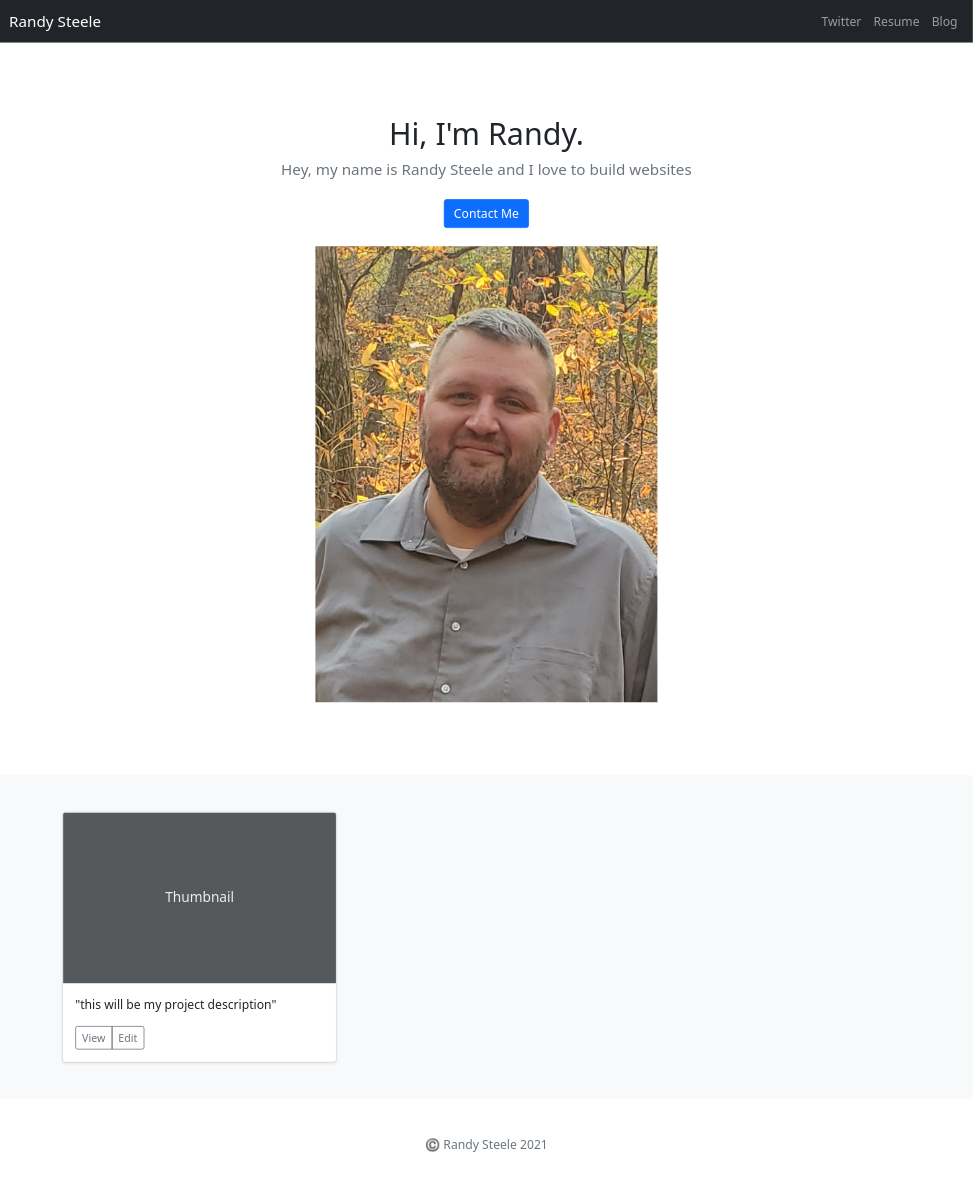
Repository: randysteele/my-portfolio
Page: http://localhost/
These files come from the project's save history. The page is drawn as it stood at one moment and after the next save; the edit follows.
The browser window is 1280 px wide. The pictures show the whole page, at 76% of full size.
The page is served by the project's application, run on Django 2.2 (manage.py).

Above is the page before, as saved 2021-03-25 17:09:42.

After the next save:
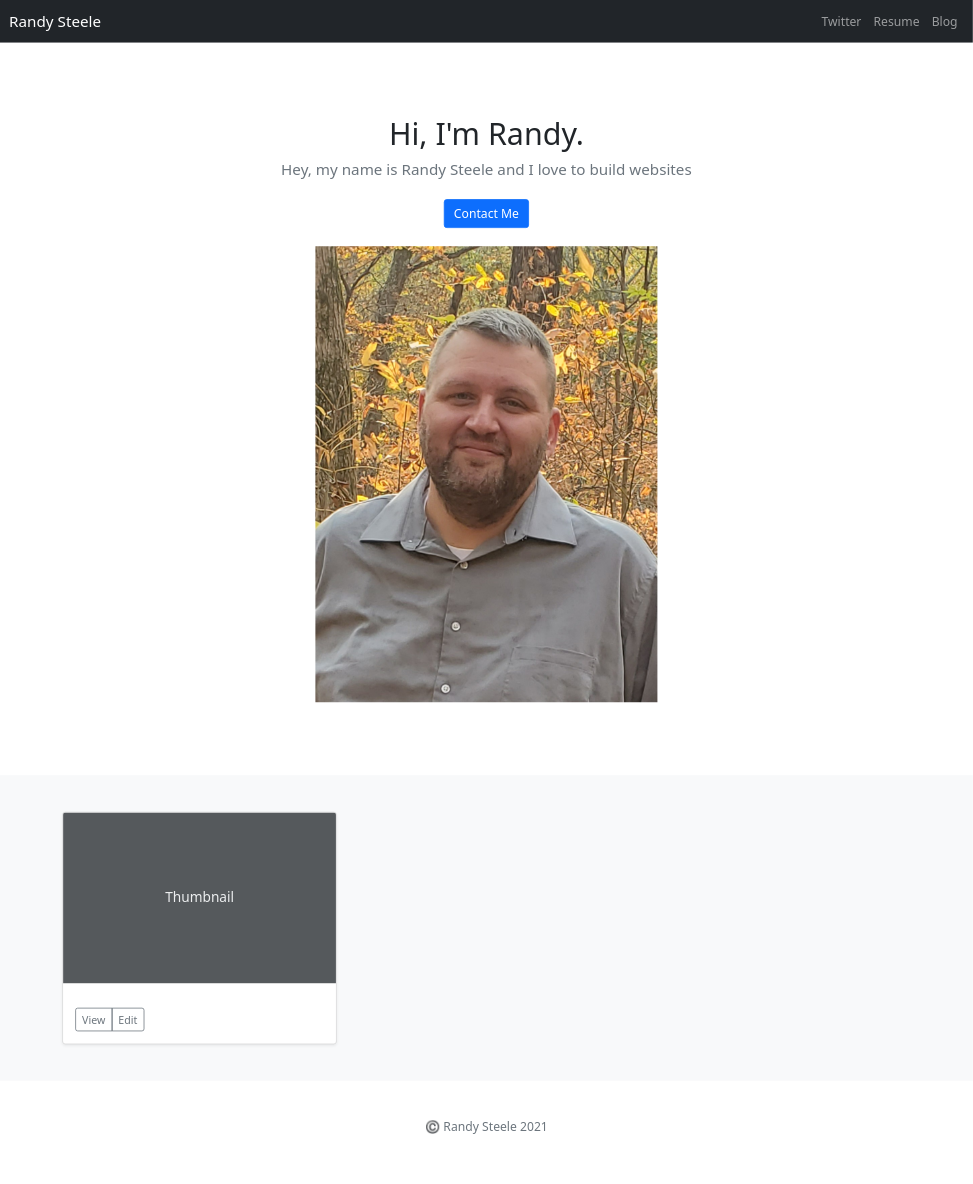
Saved 2 min 26 s later.
--- a/django-portfolio/jobs/templates/jobs/home.html
+++ b/django-portfolio/jobs/templates/jobs/home.html
@@ -97,7 +97,7 @@
                     <svg class="bd-placeholder-img card-img-top" width="100%" height="225" xmlns="http://www.w3.org/2000/svg" role="img" aria-label="Placeholder: Thumbnail" preserveAspectRatio="xMidYMid slice" focusable="false"><title>Placeholder</title><rect width="100%" height="100%" fill="#55595c"/><text x="50%" y="50%" fill="#eceeef" dy=".3em">Thumbnail</text></svg>
 
                     <div class="card-body">
-                      <p class="card-text">"this will be my project description"</p>
+                      <p class="card-text">{{job.summary}}</p>
                       <div class="d-flex justify-content-between align-items-center">
                         <div class="btn-group">
                           <button type="button" class="btn btn-sm btn-outline-secondary">View</button>

After the save that followed:
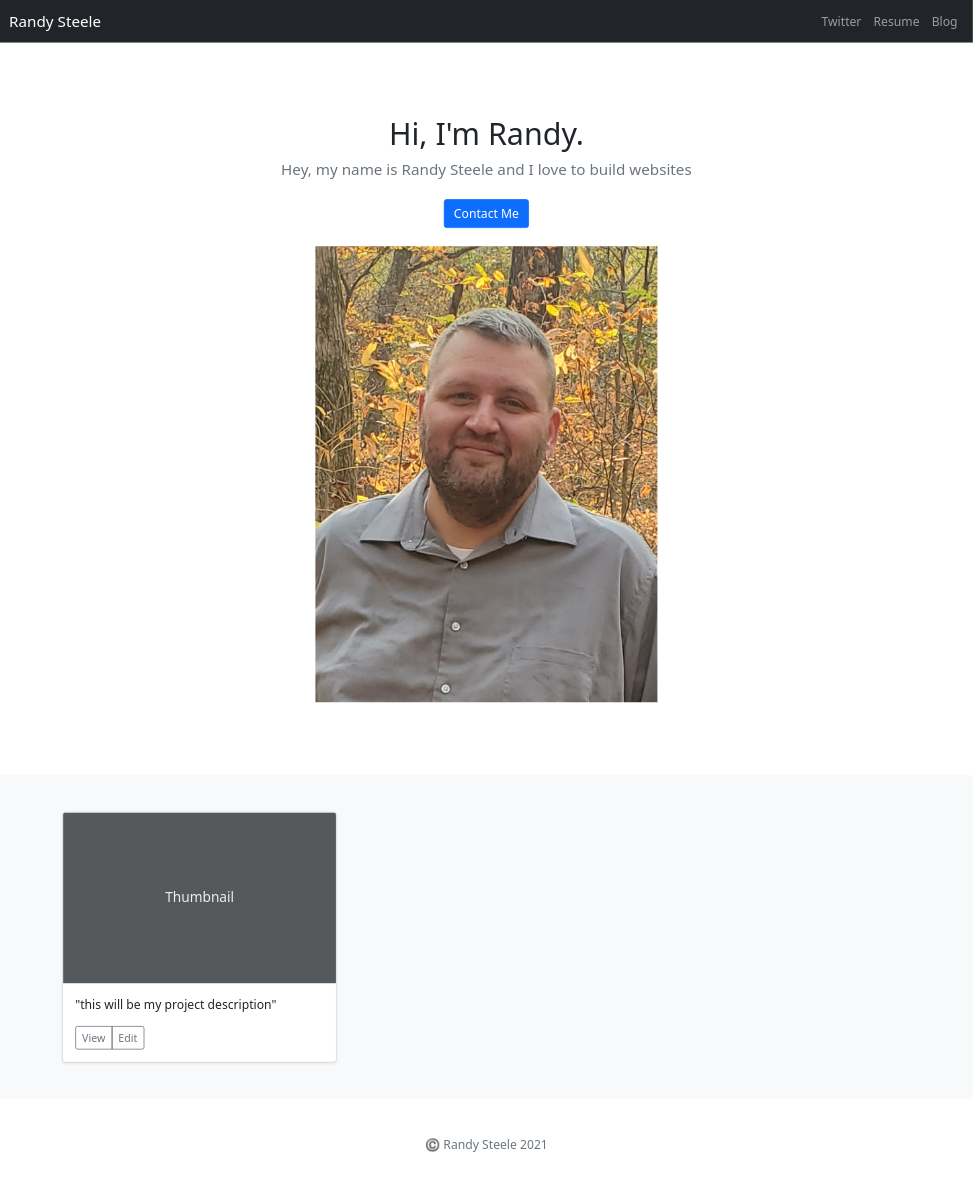
Saved 2 min 59 s later.
--- a/django-portfolio/jobs/templates/jobs/home.html
+++ b/django-portfolio/jobs/templates/jobs/home.html
@@ -97,7 +97,7 @@
                     <svg class="bd-placeholder-img card-img-top" width="100%" height="225" xmlns="http://www.w3.org/2000/svg" role="img" aria-label="Placeholder: Thumbnail" preserveAspectRatio="xMidYMid slice" focusable="false"><title>Placeholder</title><rect width="100%" height="100%" fill="#55595c"/><text x="50%" y="50%" fill="#eceeef" dy=".3em">Thumbnail</text></svg>
 
                     <div class="card-body">
-                      <p class="card-text">{{job.summary}}</p>
+                      <p class="card-text">"this will be my project description"</p>
                       <div class="d-flex justify-content-between align-items-center">
                         <div class="btn-group">
                           <button type="button" class="btn btn-sm btn-outline-secondary">View</button>
